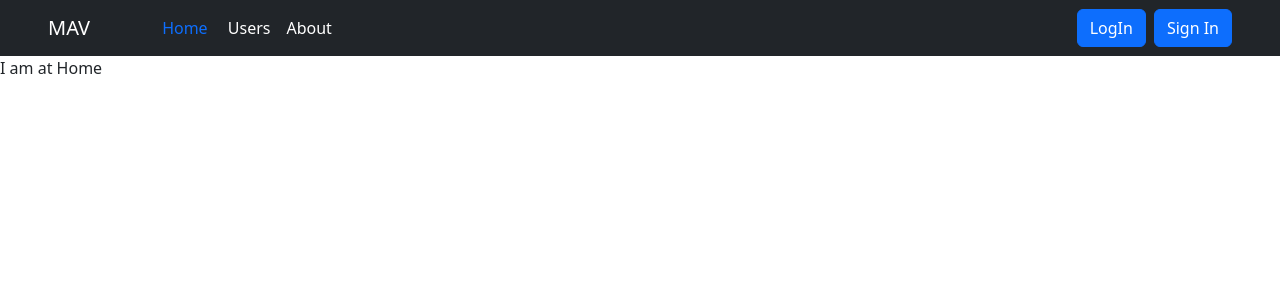
Repository: Dekabrist94/Bootstrap-First-Page
Page: /
The author's editor kept a copy of each file at every save. The page is drawn from the files as they stood at one save, then again after the next save.
The browser window is 1280 px wide. The pictures show the whole page.
The project was rebuilt for these pictures with package versions that can differ from the ones it lists, and the page was loaded fresh each time. Also part of the build but not shown: src/components/Users.js, src/components/About.js.

Above is the page before, as saved 2023-04-14 12:12:57.

After the next save:
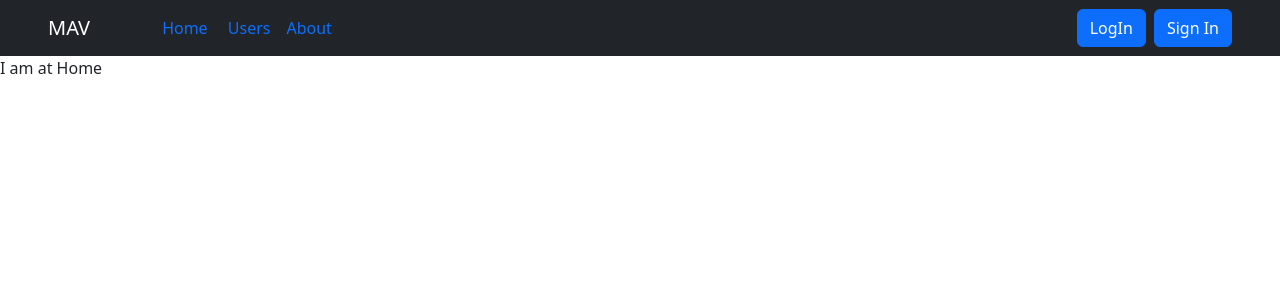
Saved 12 s later.
--- a/src/components/Navibar.js
+++ b/src/components/Navibar.js
@@ -12,14 +12,14 @@ export const Navibar = () => {
           {/*Razvernut Menu */}
           <Nav className="me-auto ">
             <Nav.Link>
-              <Link className="ms-3 text-decoration-none text-grey" to="/">
+              <Link className="ms-3 text-decoration-none" to="/">
                 Home
               </Link>
-              <Link className="ms-3 text-decoration-none text-white" to="/users">
+              <Link className="ms-3 text-decoration-none" to="/users">
                 {' '}
                 Users
               </Link>
-              <Link className="ms-3  text-decoration-none text-white" to="/about">
+              <Link className="ms-3  text-decoration-none" to="/about">
                 About
               </Link>{' '}
             </Nav.Link>
